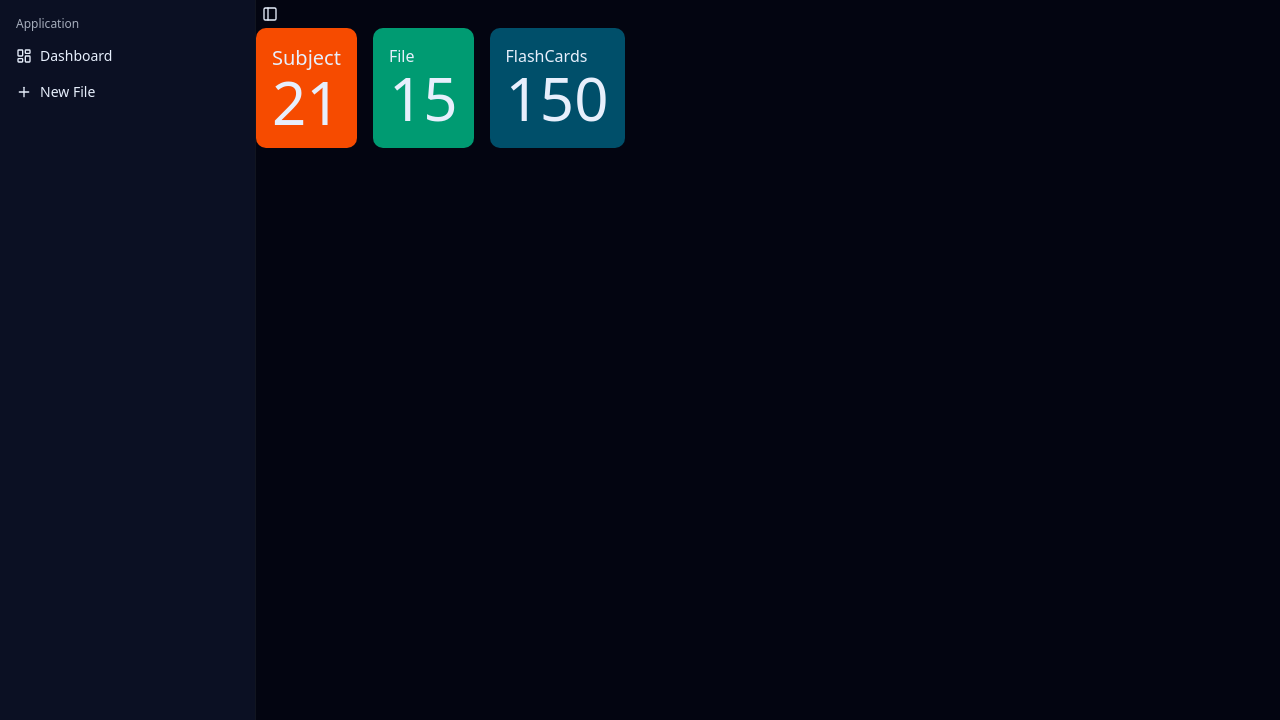
Repository: SywarDer/Student-Assistance
Page: /dashboard (app in student-assistant/)
The author's editor kept a copy of each file at every save. The page is drawn from the files as they stood at one save, then again after a run of saves.
The browser window is 1280 px wide. The pictures show the whole page.
The project was rebuilt for these pictures with package versions that can differ from the ones it lists, and the page was loaded fresh each time. The framework's server and built-in components were replaced by stand-ins that run in the browser. Also part of the build but not shown: student-assistant/next.config.ts, student-assistant/components/ui/input.tsx, student-assistant/components/ui/separator.tsx, student-assistant/components/ui/skeleton.tsx. Imported but missing from the stored project, and not drawn on this page: student-assistant/components/ui/sheet.

Above is the page before, as saved 2025-10-30 19:55:55.

### student-assistant/app/layout.tsx
import type { Metadata } from "next";
import { Geist, Geist_Mono } from "next/font/google";
import "./globals.css";
import { SidebarProvider, SidebarTrigger } from "@/components/ui/sidebar";
import { AppSidebar } from "./home/components/navBar";

const geistSans = Geist({
  variable: "--font-geist-sans",
  subsets: ["latin"],
});

const geistMono = Geist_Mono({
  variable: "--font-geist-mono",
  subsets: ["latin"],
});

export const metadata: Metadata = {
  title: "Create Next App",
  description: "Generated by create next app",
};

export default function RootLayout({
children,
}: Readonly<{
  children: React.ReactNode;
}>) {
  return (
    <html lang="en">
      <body
        className={`${geistSans.variable} ${geistMono.variable} antialiased`}
      >
        <SidebarProvider>
      <AppSidebar />
      <main>
        <SidebarTrigger />
        {children}
         </main>
    </SidebarProvider>
      </body>
    </html>
  );
}

### student-assistant/app/dashboard/page.tsx
export default function Dashboard() {
    return (

        <div className="flex space-x-4 justify-between">
            <div className="rounded-lg p-4" style={{
                backgroundColor: "var(--chart-1)",
                color: "var(--card-foreground)",
            }}>
                <h1 className="text-xl">Subject</h1>
                <h1 className="text-6xl">21</h1>
            </div>
            <div className="rounded-lg p-4" style={{
                backgroundColor: "var(--chart-2)",
                color: "var(--card-foreground)",
            }}>
                <h1>File</h1>
                <h1 className="text-6xl">15</h1>
            </div>
            <div className="rounded-lg p-4" style={{
                backgroundColor: "var(--chart-3)",
                color: "var(--card-foreground)",
            }}>
                <h1>FlashCards</h1>
                <h1 className="text-6xl">150</h1>
            </div>
        </div>

    )
}

### student-assistant/app/globals.css
@import "tailwindcss";
@import "tw-animate-css";

@custom-variant dark (&:is(.dark *));

@theme inline {
  --color-background: var(--background);
  --color-foreground: var(--foreground);
  --font-sans: var(--font-geist-sans);
  --font-mono: var(--font-geist-mono);
  --color-sidebar-ring: var(--sidebar-ring);
  --color-sidebar-border: var(--sidebar-border);
  --color-sidebar-accent-foreground: var(--sidebar-accent-foreground);
  --color-sidebar-accent: var(--sidebar-accent);
  --color-sidebar-primary-foreground: var(--sidebar-primary-foreground);
  --color-sidebar-primary: var(--sidebar-primary);
  --color-sidebar-foreground: var(--sidebar-foreground);
  --color-sidebar: var(--sidebar);
  --color-chart-5: var(--chart-5);
  --color-chart-4: var(--chart-4);
  --color-chart-3: var(--chart-3);
  --color-chart-2: var(--chart-2);
  --color-chart-1: var(--chart-1);
  --color-ring: var(--ring);
  --color-input: var(--input);
  --color-border: var(--border);
  --color-destructive: var(--destructive);
  --color-accent-foreground: var(--accent-foreground);
  --color-accent: var(--accent);
  --color-muted-foreground: var(--muted-foreground);
  --color-muted: var(--muted);
  --color-secondary-foreground: var(--secondary-foreground);
  --color-secondary: var(--secondary);
  --color-primary-foreground: var(--primary-foreground);
  --color-primary: var(--primary);
  --color-popover-foreground: var(--popover-foreground);
  --color-popover: var(--popover);
  --color-card-foreground: var(--card-foreground);
  --color-card: var(--card);
  --radius-sm: calc(var(--radius) - 4px);
  --radius-md: calc(var(--radius) - 2px);
  --radius-lg: var(--radius);
  --radius-xl: calc(var(--radius) + 4px);
}

:root {
  --radius: 0.625rem;

  /* Base dark background & text */
  --background: oklch(0.12 0.03 270);        /* Dark gray-blue */
  --foreground: oklch(0.95 0.02 260);        /* Soft white */

  /* Cards & popovers */
  --card: oklch(0.18 0.04 270);              /* Slightly lighter than background */
  --card-foreground: var(--foreground);
  --popover: oklch(0.18 0.04 270);
  --popover-foreground: var(--foreground);

  /* Primary & secondary */
  --primary: oklch(0.6 0.12 260);            /* Deep blue */
  --primary-foreground: var(--foreground);
  --secondary: oklch(0.45 0.08 280);         /* Soft purple */
  --secondary-foreground: var(--foreground);

  /* Muted & accents */
  --muted: oklch(0.2 0.03 270);
  --muted-foreground: oklch(0.7 0.02 260);
  --accent: oklch(0.65 0.15 350);            /* Magenta/pinkish accent */
  --accent-foreground: var(--foreground);

  /* Destructive actions */
  --destructive: oklch(0.6 0.25 30);         /* Dark red */
  --border: oklch(0.3 0.02 270 / 40%);
  --input: oklch(0.15 0.03 270);             /* Slightly darker than card */
  --ring: oklch(0.5 0.03 270);

  /* Charts */
  --chart-1: oklch(0.65 0.22 40);
  --chart-2: oklch(0.6 0.15 170);
  --chart-3: oklch(0.4 0.08 230);
  --chart-4: oklch(0.6 0.18 300);
  --chart-5: oklch(0.55 0.2 50);

  /* Sidebar */
  --sidebar: oklch(0.18 0.04 270);
  --sidebar-foreground: var(--foreground);
  --sidebar-primary: var(--primary);
  --sidebar-primary-foreground: var(--foreground);
  --sidebar-accent: var(--accent);
  --sidebar-accent-foreground: var(--foreground);
  --sidebar-border: oklch(0.3 0.02 270 / 40%);
  --sidebar-ring: oklch(0.5 0.03 270);
}

/* Optional light mode toggle */
.light {
  --background: oklch(0.98 0.02 260);       /* Light gray */
  --foreground: oklch(0.12 0.03 270);       /* Dark text */

  --card: oklch(0.99 0.03 260);
  --card-foreground: var(--foreground);
  --popover: oklch(0.99 0.03 260);
  --popover-foreground: var(--foreground);

  --primary: oklch(0.2 0.05 260);
  --primary-foreground: var(--foreground);
  --secondary: oklch(0.5 0.1 280);
  --secondary-foreground: var(--foreground);

  --muted: oklch(0.85 0.03 270);
  --muted-foreground: oklch(0.35 0.02 260);
  --accent: oklch(0.8 0.2 350);
  --accent-foreground: var(--foreground);

  --destructive: oklch(0.9 0.25 30);
  --border: oklch(0.8 0.02 270 / 30%);
  --input: oklch(0.95 0.03 260);
  --ring: oklch(0.7 0.03 270);

  --chart-1: oklch(0.65 0.22 40);
  --chart-2: oklch(0.6 0.15 170);
  --chart-3: oklch(0.4 0.08 230);
  --chart-4: oklch(0.6 0.18 300);
  --chart-5: oklch(0.55 0.2 50);

  --sidebar: oklch(0.95 0.03 260);
  --sidebar-foreground: var(--foreground);
  --sidebar-primary: var(--primary);
  --sidebar-primary-foreground: var(--foreground);
  --sidebar-accent: var(--accent);
  --sidebar-accent-foreground: var(--foreground);
  --sidebar-border: oklch(0.8 0.02 270 / 30%);
  --sidebar-ring: oklch(0.7 0.03 270);
}



@layer base {
  * {
    @apply border-border outline-ring/50;
  }
  body {
    @apply bg-background text-foreground;
  }
}

### student-assistant/app/home/components/navBar.tsx
import { Calendar, Home, Inbox, LayoutDashboardIcon, PlusIcon, Search, Settings } from "lucide-react"

import {
  Sidebar,
  SidebarContent,
  SidebarGroup,
  SidebarGroupContent,
  SidebarGroupLabel,
  SidebarMenu,
  SidebarMenuButton,
  SidebarMenuItem,
} from "@/components/ui/sidebar"


const items = [
  {
    title: "Dashboard",
    url: "/dashboard",
    icon: LayoutDashboardIcon,
  },
  {
    title: "New File",
    url: "/new-file",
    icon: PlusIcon,
  },

]

export function AppSidebar() {
  return (
    <Sidebar>
      <SidebarContent>
        <SidebarGroup>
          <SidebarGroupLabel>Application</SidebarGroupLabel>
          <SidebarGroupContent>
            <SidebarMenu>
              {items.map((item) => (
                <SidebarMenuItem key={item.title}>
                  <SidebarMenuButton asChild>
                    <a href={item.url}>
                      <item.icon />
                      <span>{item.title}</span>
                    </a>
                  </SidebarMenuButton>
                </SidebarMenuItem>
              ))}
            </SidebarMenu>
          </SidebarGroupContent>
        </SidebarGroup>
      </SidebarContent>
    </Sidebar>
  )
}

### student-assistant/components/ui/button.tsx
import * as React from "react"
import { Slot } from "@radix-ui/react-slot"
import { cva, type VariantProps } from "class-variance-authority"

import { cn } from "@/lib/utils"

const buttonVariants = cva(
  "inline-flex items-center justify-center gap-2 whitespace-nowrap rounded-md text-sm font-medium transition-all disabled:pointer-events-none disabled:opacity-50 [&_svg]:pointer-events-none [&_svg:not([class*='size-'])]:size-4 shrink-0 [&_svg]:shrink-0 outline-none focus-visible:border-ring focus-visible:ring-ring/50 focus-visible:ring-[3px] aria-invalid:ring-destructive/20 dark:aria-invalid:ring-destructive/40 aria-invalid:border-destructive",
  {
    variants: {
      variant: {
        default: "bg-primary text-primary-foreground hover:bg-primary/90",
        destructive:
          "bg-destructive text-white hover:bg-destructive/90 focus-visible:ring-destructive/20 dark:focus-visible:ring-destructive/40 dark:bg-destructive/60",
        outline:
          "border bg-background shadow-xs hover:bg-accent hover:text-accent-foreground dark:bg-input/30 dark:border-input dark:hover:bg-input/50",
        secondary:
          "bg-secondary text-secondary-foreground hover:bg-secondary/80",
        ghost:
          "hover:bg-accent hover:text-accent-foreground dark:hover:bg-accent/50",
        link: "text-primary underline-offset-4 hover:underline",
      },
      size: {
        default: "h-9 px-4 py-2 has-[>svg]:px-3",
        sm: "h-8 rounded-md gap-1.5 px-3 has-[>svg]:px-2.5",
        lg: "h-10 rounded-md px-6 has-[>svg]:px-4",
        icon: "size-9",
        "icon-sm": "size-8",
        "icon-lg": "size-10",
      },
    },
    defaultVariants: {
      variant: "default",
      size: "default",
    },
  }
)

function Button({
  className,
  variant,
  size,
  asChild = false,
  ...props
}: React.ComponentProps<"button"> &
  VariantProps<typeof buttonVariants> & {
    asChild?: boolean
  }) {
  const Comp = asChild ? Slot : "button"

  return (
    <Comp
      data-slot="button"
      className={cn(buttonVariants({ variant, size, className }))}
      {...props}
    />
  )
}

export { Button, buttonVariants }

### student-assistant/components/ui/tooltip.tsx
"use client"

import * as React from "react"
import * as TooltipPrimitive from "@radix-ui/react-tooltip"

import { cn } from "@/lib/utils"

function TooltipProvider({
  delayDuration = 0,
  ...props
}: React.ComponentProps<typeof TooltipPrimitive.Provider>) {
  return (
    <TooltipPrimitive.Provider
      data-slot="tooltip-provider"
      delayDuration={delayDuration}
      {...props}
    />
  )
}

function Tooltip({
  ...props
}: React.ComponentProps<typeof TooltipPrimitive.Root>) {
  return (
    <TooltipProvider>
      <TooltipPrimitive.Root data-slot="tooltip" {...props} />
    </TooltipProvider>
  )
}

function TooltipTrigger({
  ...props
}: React.ComponentProps<typeof TooltipPrimitive.Trigger>) {
  return <TooltipPrimitive.Trigger data-slot="tooltip-trigger" {...props} />
}

function TooltipContent({
  className,
  sideOffset = 0,
  children,
  ...props
}: React.ComponentProps<typeof TooltipPrimitive.Content>) {
  return (
    <TooltipPrimitive.Portal>
      <TooltipPrimitive.Content
        data-slot="tooltip-content"
        sideOffset={sideOffset}
        className={cn(
          "bg-foreground text-background animate-in fade-in-0 zoom-in-95 data-[state=closed]:animate-out data-[state=closed]:fade-out-0 data-[state=closed]:zoom-out-95 data-[side=bottom]:slide-in-from-top-2 data-[side=left]:slide-in-from-right-2 data-[side=right]:slide-in-from-left-2 data-[side=top]:slide-in-from-bottom-2 z-50 w-fit origin-(--radix-tooltip-content-transform-origin) rounded-md px-3 py-1.5 text-xs text-balance",
          className
        )}
        {...props}
      >
        {children}
        <TooltipPrimitive.Arrow className="bg-foreground fill-foreground z-50 size-2.5 translate-y-[calc(-50%_-_2px)] rotate-45 rounded-[2px]" />
      </TooltipPrimitive.Content>
    </TooltipPrimitive.Portal>
  )
}

export { Tooltip, TooltipTrigger, TooltipContent, TooltipProvider }

Loaded but not shown: student-assistant/hooks/use-mobile.ts (common file); student-assistant/lib/utils.ts (common file); student-assistant/components/ui/sidebar.tsx (726 lines, source omitted)

After the next 2 saves:
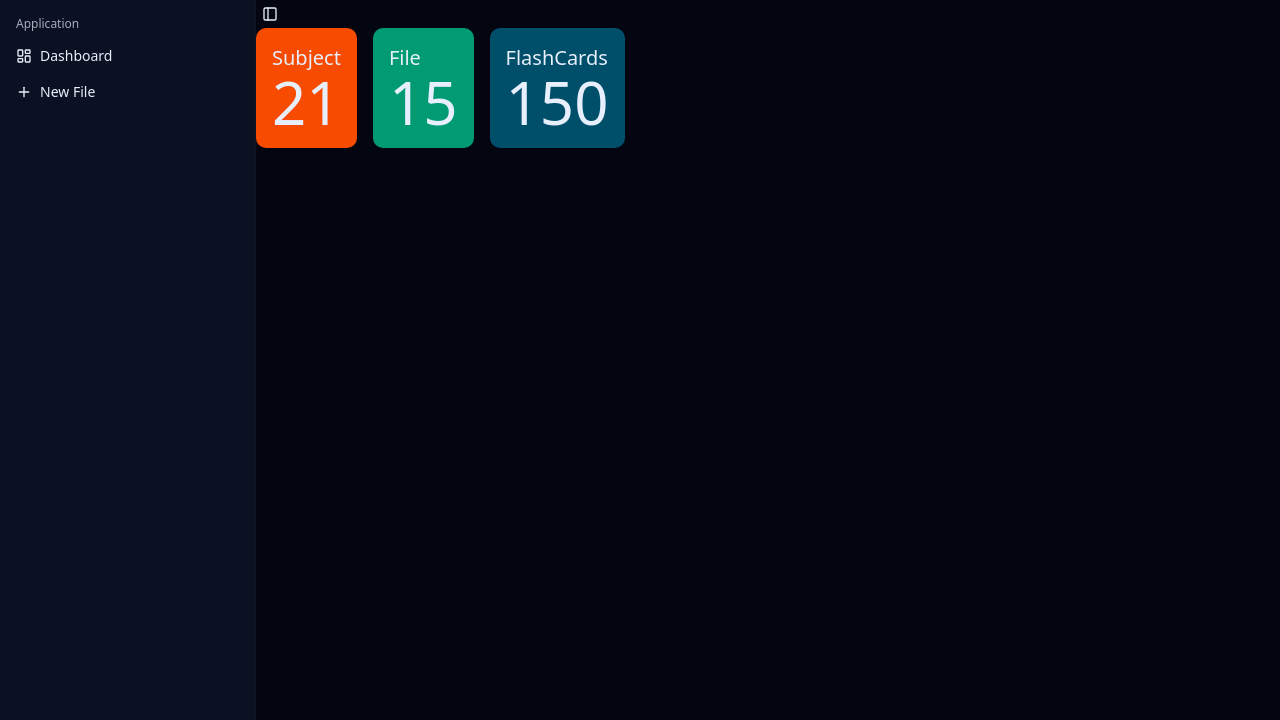
The 2 saves are shown as one change because they came seconds apart.
The last was saved 11 s later.
--- a/student-assistant/app/dashboard/page.tsx
+++ b/student-assistant/app/dashboard/page.tsx
@@ -13,14 +13,14 @@ export default function Dashboard() {
                 backgroundColor: "var(--chart-2)",
                 color: "var(--card-foreground)",
             }}>
-                <h1>File</h1>
+                <h1 className="text-xl">File</h1>
                 <h1 className="text-6xl">15</h1>
             </div>
             <div className="rounded-lg p-4" style={{
                 backgroundColor: "var(--chart-3)",
                 color: "var(--card-foreground)",
             }}>
-                <h1>FlashCards</h1>
+                <h1 className="text-xl">FlashCards</h1>
                 <h1 className="text-6xl">150</h1>
             </div>
         </div>
